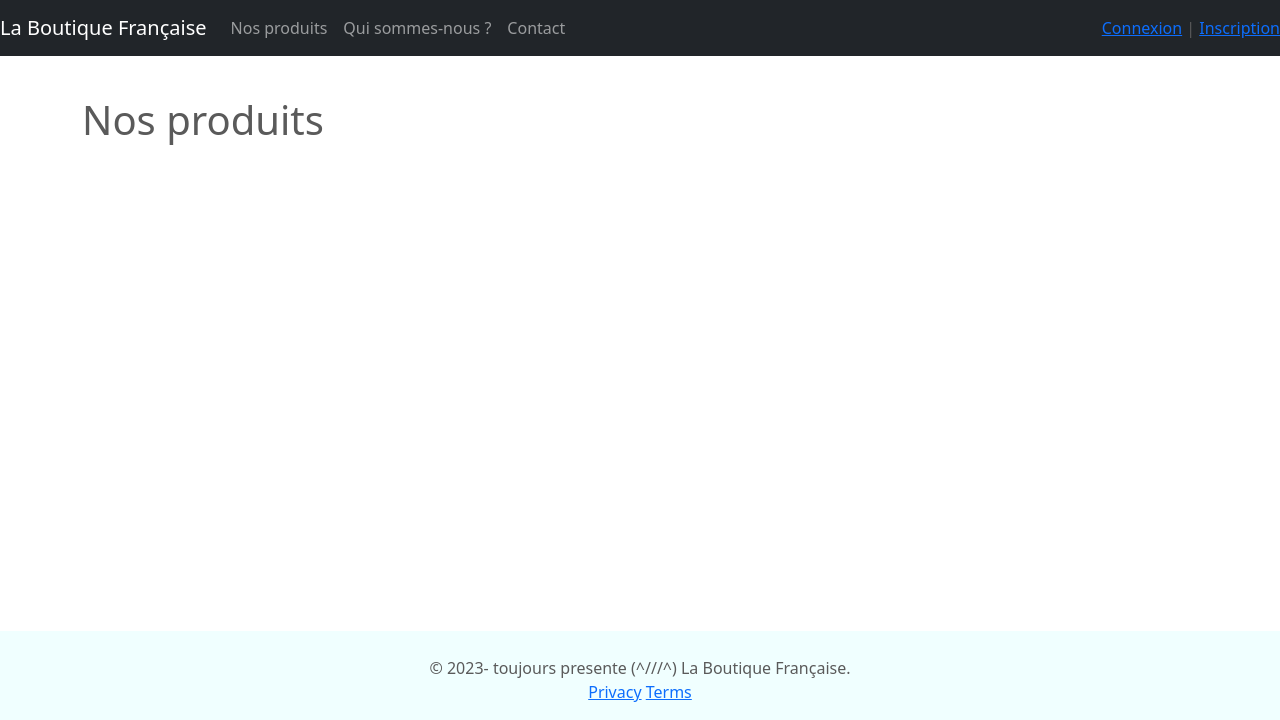
Repository: Coulibaly00180/laboutiquefrancaise
Page: templates/product/index.html.twig
The author's editor kept a copy of each file at every save. The page is drawn from the files as they stood at one save, then again after the next save.
The browser window is 1280 px wide. The pictures show the whole page.
The page is a Twig template of a Symfony application; nobody is signed in and links lead nowhere. The template is opened directly, without the code that normally fills it, so the values that code supplies are empty.

Above is the page before, as saved 2023-03-05 14:29:04.

### templates/product/index.html.twig
{% extends 'base.html.twig' %}

{% block title %}Nos produits - La Boutique Française{% endblock %}

{% block content %}
    <h1>Nos produits</h1>

    <div class="row">
        {% for product in products %}
            <div class="col-md-4">
                <div class="product-item text-center">
                    <img src="/uploads/{{ product.illustration }}" alt="{{ product.name }}" class="img-fluid">
                    <h5>{{ product.name }}</h5>
                    <span class="product-subtitle">{{ product.subtitle }}</span> <br>
                    <span class="product-price">{{ product.price }}</span>
                </div>
            </div>
        {% endfor %}
    </div>

{% endblock %}

### templates/base.html.twig
<!doctype html>
<html lang="fr">
<head>
    <meta charset="utf-8">
    <meta name="viewport" content="width=device-width, initial-scale=1, shrink-to-fit=no">
    <meta name="description" content="">
    <meta name="author" content="Coulibaly Abdoulaye Christian">
    <meta name="generator" content="Jekyll v4.1.1">
    <title>{% block title %}La Boutique Française - 100% Made in French{% endblock %}</title>

    <!-- Bootstrap core CSS -->
    <link href="{{ asset('assets/css/bootstrap.min.css') }}" rel="stylesheet">
    <link href="{{ asset('assets/css/style.css') }}" rel="stylesheet">

    <style>
        .bd-placeholder-img {
            font-size: 1.125rem;
            text-anchor: middle;
            -webkit-user-select: none;
            -moz-user-select: none;
            -ms-user-select: none;
            user-select: none;
        }

        @media (min-width: 768px) {
            .bd-placeholder-img-lg {
                font-size: 3.5rem;
            }
        }
    </style>
    <!-- Custom styles for this template -->
    <link href="{{ asset('assets/css/carousel.css') }}" rel="stylesheet">
</head>
<body>
    <header>
        <nav class="navbar navbar-expand-md navbar-dark fixed-top bg-dark">
            <a class="navbar-brand" href="{{path('app_home') }}">La Boutique Française</a>
            <button class="navbar-toggler" type="button" data-toggle="collapse" data-target="#navbarCollapse" aria-controls="navbarCollapse" aria-expanded="false" aria-label="Toggle navigation">
                <span class="navbar-toggler-icon"></span>
            </button>
            <div class="collapse navbar-collapse" id="navbarCollapse">
                <ul class="navbar-nav me-auto mb-2 mb-md-0">
                    <li class="nav-item active">
                        <a class="nav-link" href="{{path('app_products') }}">Nos produits</a>
                    </li>
                    <li class="nav-item">
                        <a class="nav-link" href="#">Qui sommes-nous ?</a>
                    </li>
                    <li class="nav-item">
                        <a class="nav-link" href="#">Contact</a>
                    </li>

                </ul>

                <div class="navbar-item-custom">
                    {% if app.user %}
                        <a href=" {{path('app_account') }}">Mon compte <small>( {{app.user.lastName}} )</small></a> | <a href=" {{ path('app_logout') }}">Déconnexion</a>
                    {% else %}
                        <a href=" {{ path('app_login') }}">Connexion</a> | <a href="{{ path('app_register') }}">Inscription</a>
                    {% endif %}
                </div>

            </div>
        </nav>
    </header>

    <main role="main">

        {% if block('carousel') is defined %}

        <div id="myCarousel" class="carousel slide" data-ride="carousel">
            <ol class="carousel-indicators">
                <li data-target="#myCarousel" data-slide-to="0" class="active"></li>
                <li data-target="#myCarousel" data-slide-to="1"></li>
                <li data-target="#myCarousel" data-slide-to="2"></li>
            </ol>
            <div class="carousel-inner">
                <div class="carousel-item active">
                    <svg class="bd-placeholder-img" width="100%" height="100%" xmlns="http://www.w3.org/2000/svg" preserveAspectRatio="xMidYMid slice" focusable="false" role="img"><rect width="100%" height="100%" fill="#777"/></svg>
                    <div class="container">
                        <div class="carousel-caption text-left">
                            <h1>Example headline.</h1>
                            <p>Cras justo odio, dapibus ac facilisis in, egestas eget quam. Donec id elit non mi porta gravida at eget metus. Nullam id dolor id nibh ultricies vehicula ut id elit.</p>
                            <p><a class="btn btn-lg btn-primary" href="#" role="button">Sign up today</a></p>
                        </div>
                    </div>
                </div>
                <div class="carousel-item">
                    <svg class="bd-placeholder-img" width="100%" height="100%" xmlns="http://www.w3.org/2000/svg" preserveAspectRatio="xMidYMid slice" focusable="false" role="img"><rect width="100%" height="100%" fill="#777"/></svg>
                    <div class="container">
                        <div class="carousel-caption">
                            <h1>Another example headline.</h1>
                            <p>Cras justo odio, dapibus ac facilisis in, egestas eget quam. Donec id elit non mi porta gravida at eget metus. Nullam id dolor id nibh ultricies vehicula ut id elit.</p>
                            <p><a class="btn btn-lg btn-primary" href="#" role="button">Learn more</a></p>
                        </div>
                    </div>
                </div>
                <div class="carousel-item">
                    <svg class="bd-placeholder-img" width="100%" height="100%" xmlns="http://www.w3.org/2000/svg" preserveAspectRatio="xMidYMid slice" focusable="false" role="img"><rect width="100%" height="100%" fill="#777"/></svg>
                    <div class="container">
                        <div class="carousel-caption text-right">
                            <h1>One more for good measure.</h1>
                            <p>Cras justo odio, dapibus ac facilisis in, egestas eget quam. Donec id elit non mi porta gravida at eget metus. Nullam id dolor id nibh ultricies vehicula ut id elit.</p>
                            <p><a class="btn btn-lg btn-primary" href="#" role="button">Browse gallery</a></p>
                        </div>
                    </div>
                </div>
            </div>
            <a class="carousel-control-prev" href="#myCarousel" role="button" data-slide="prev">
                <span class="carousel-control-prev-icon" aria-hidden="true"></span>
                <span class="sr-only">Previous</span>
            </a>
            <a class="carousel-control-next" href="#myCarousel" role="button" data-slide="next">
                <span class="carousel-control-next-icon" aria-hidden="true"></span>
                <span class="sr-only">Next</span>
            </a>
        </div>

        {% endif %}


        <!-- Marketing messaging and featurettes
        ================================================== -->
        <!-- Wrap the rest of the page in another container to center all the content. -->

        <div class="container marketing {% if block('carousel') is not defined %} mt-5 {% endif %}">

            {% block content %}

            {% endblock %}

        </div><!-- /.container -->

        <!-- FOOTER -->
        <footer class="footer-custom">
            <p>&copy; 2023- toujours presente (^///^) La Boutique Française. <br>
                <a href="#">Privacy</a> <a href="#">Terms</a>
            </p>
        </footer>
    </main>
    <script src="https://code.jquery.com/jquery-3.5.1.slim.min.js"></script>
    <script src="{{ asset('assets/js/bootstrap.bundle.js') }}"></script>
</body>
</html>

### public/assets/css/style.css
.navbar-item-custom, .navbar-item-custom a{
    color: #red;
}

.footer-custom{
    text-align: center;
    position: fixed;
    bottom: 0;
    width: 100%;
    background-color: azure;
    padding-top: 25px;
}

.product-item {
    margin-top: 15px;
}

.product-item h5{
    text-transform: uppercase;
    font-size: 18px;
    margin-bottom: 1px;
}

.product-item .product-subtitle{
    font-size: 14px;
    display: block;
    margin-bottom: 10px;
}

.product-item .product-price{
    font-size: 14px;
    font-weight: bold;
    color: red;
}

### public/assets/css/carousel.css
/* GLOBAL STYLES
-------------------------------------------------- */
/* Padding below the footer and lighter body text */

body {
    padding-top: 3rem;
    padding-bottom: 3rem;
    color: #5a5a5a;
}


/* CUSTOMIZE THE CAROUSEL
-------------------------------------------------- */

/* Carousel base class */
.carousel {
    margin-bottom: 4rem;
}
/* Since positioning the image, we need to help out the caption */
.carousel-caption {
    bottom: 3rem;
    z-index: 10;
}

/* Declare heights because of positioning of img element */
.carousel-item {
    height: 32rem;
}
.carousel-item > img {
    position: absolute;
    top: 0;
    left: 0;
    min-width: 100%;
    height: 32rem;
}


/* MARKETING CONTENT
-------------------------------------------------- */

/* Center align the text within the three columns below the carousel */
.marketing .col-lg-4 {
    margin-bottom: 1.5rem;
    text-align: center;
}
.marketing h2 {
    font-weight: 400;
}
.marketing .col-lg-4 p {
    margin-right: .75rem;
    margin-left: .75rem;
}


/* Featurettes
------------------------- */

.featurette-divider {
    margin: 5rem 0; /* Space out the Bootstrap <hr> more */
}

/* Thin out the marketing headings */
.featurette-heading {
    font-weight: 300;
    line-height: 1;
    letter-spacing: -.05rem;
}


/* RESPONSIVE CSS
-------------------------------------------------- */

@media (min-width: 40em) {
    /* Bump up size of carousel content */
    .carousel-caption p {
        margin-bottom: 1.25rem;
        font-size: 1.25rem;
        line-height: 1.4;
    }

    .featurette-heading {
        font-size: 50px;
    }
}

@media (min-width: 62em) {
    .featurette-heading {
        margin-top: 7rem;
    }
}

Loaded but not shown: public/assets/css/bootstrap.min.css (library); public/assets/js/bootstrap.bundle.js (library)

After the next save:
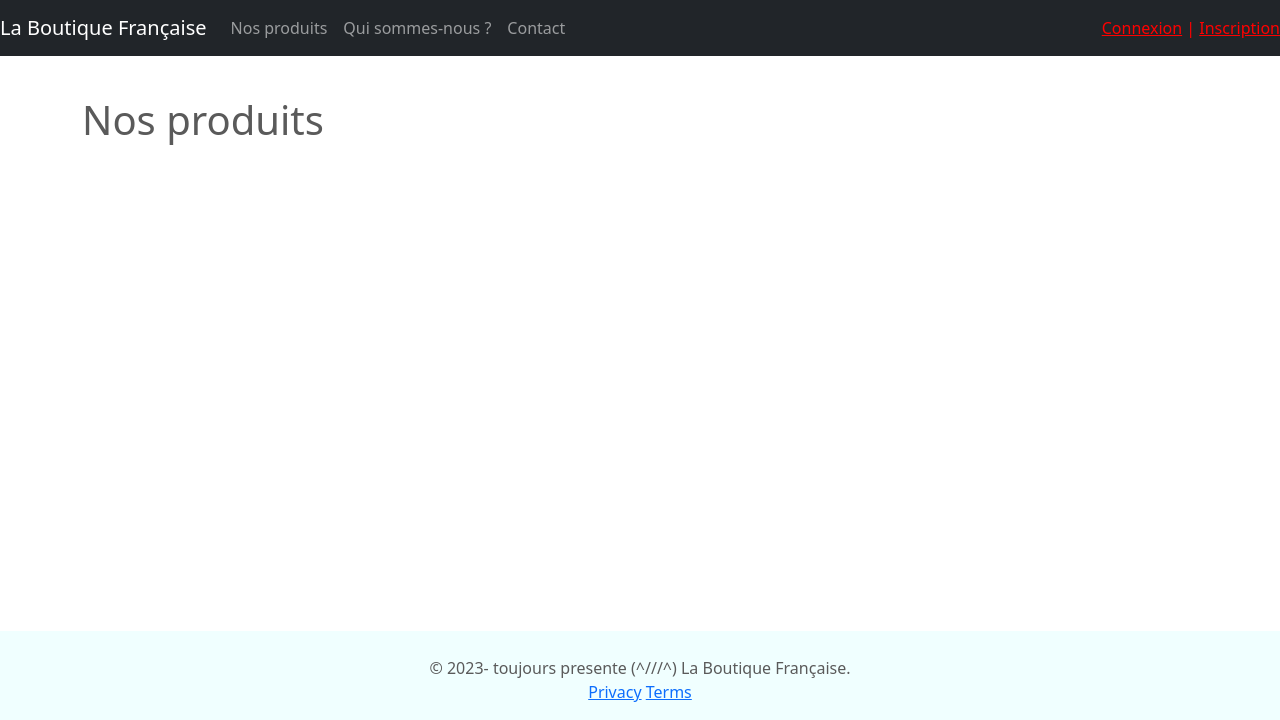
Saved 5 s later.
--- a/public/assets/css/style.css
+++ b/public/assets/css/style.css
@@ -1,5 +1,5 @@
 .navbar-item-custom, .navbar-item-custom a{
-    color: #red;
+    color: red;
 }
 
 .footer-custom{
